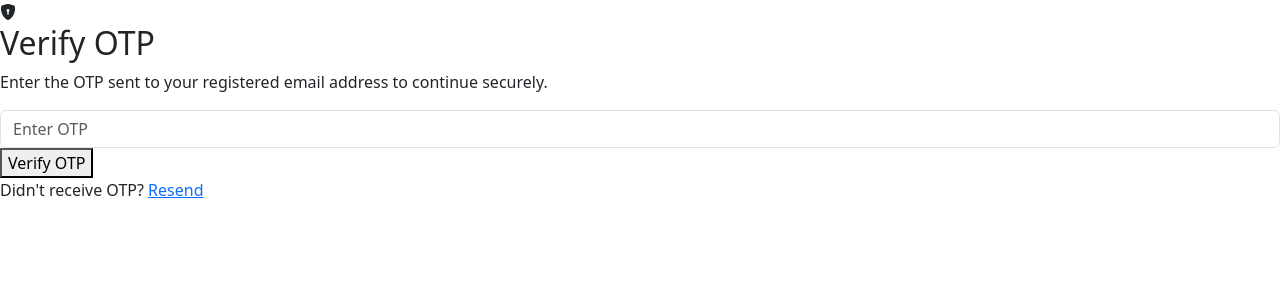
Repository: shiwamshete24-cmyk/eccomerce-laptop-website
Page: http://localhost/eccomerce_laptop_website/verify_otp.jsp
An editor plug-in stored every save of this project. The page is shown before and after the next save, followed by the edit.
The browser window is 1280 px wide. The pictures show the whole page.
The page is served by Tomcat 10.

Above is the page before, as saved 2026-05-27 17:05:18.

After the next save:
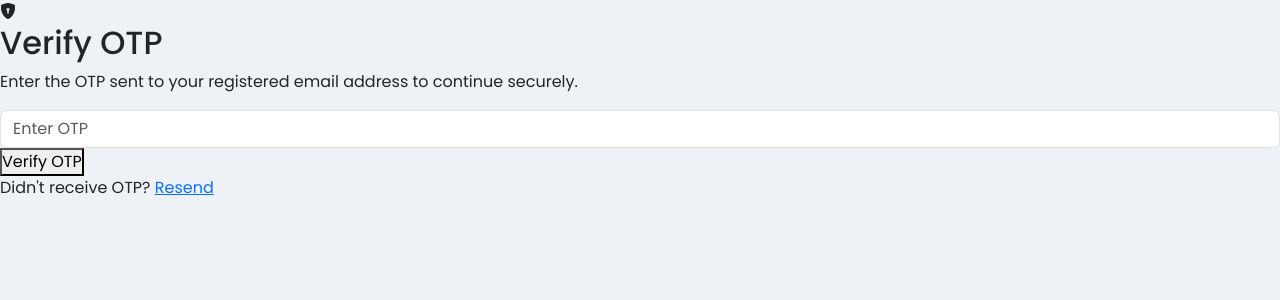
Saved 2 min 29 s later.
--- a/eccomerce laptop website/src/main/webapp/verify_otp.jsp
+++ b/eccomerce laptop website/src/main/webapp/verify_otp.jsp
@@ -36,7 +36,7 @@ href="https://cdn.jsdelivr.net/npm/bootstrap-icons@1.11.3/font/bootstrap-icons.c
 href="https://fonts.googleapis.com/css2?family=Poppins:wght@300;400;500;600;700;800&display=swap"
 rel="stylesheet">
 
-
+<link href="css/view_user.css" rel="stylesheet">
 
 </head>
 
